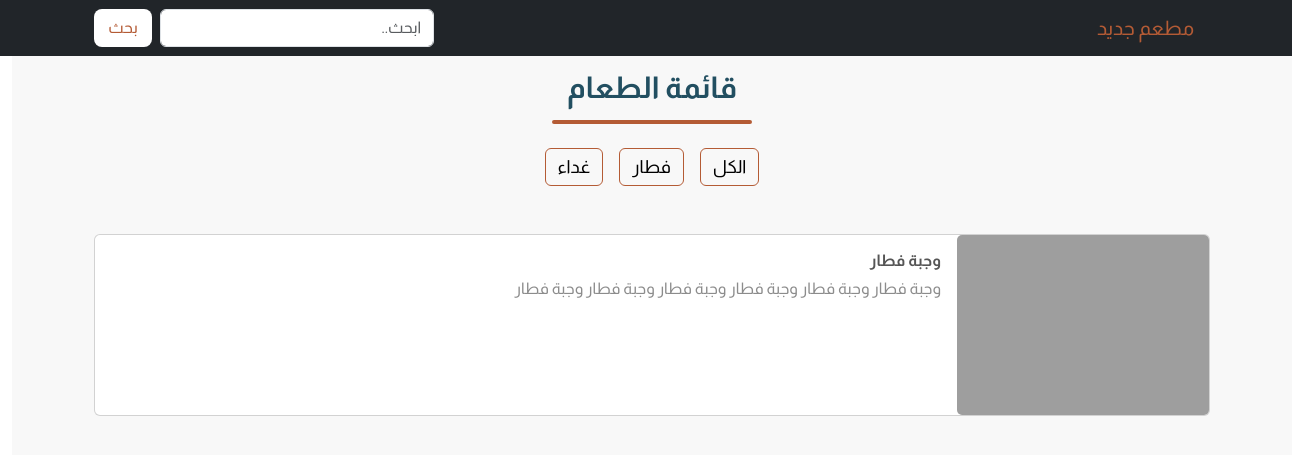
Repository: kerlos-alfy/Restaurant-Menu
Page: /
An editor plug-in stored every save of this project. The page is shown before and after the next save, followed by the edit.
The browser window is 1280 px wide. The page is 1292 px wide, so the pictures cover 1292 px, including what lies to the right of the window. The pictures show the whole page.
Pictures or frames that could not be fetched are drawn as grey boxes. Some web fonts or font styles are not loaded; a fallback is used. The project was rebuilt for these pictures with package versions that can differ from the ones it lists, and the page was loaded fresh each time. Also part of the build but not shown: vite.config.js, src/App.css.

Above is the page before, as saved 2024-12-20 01:30:07.

After the next save:
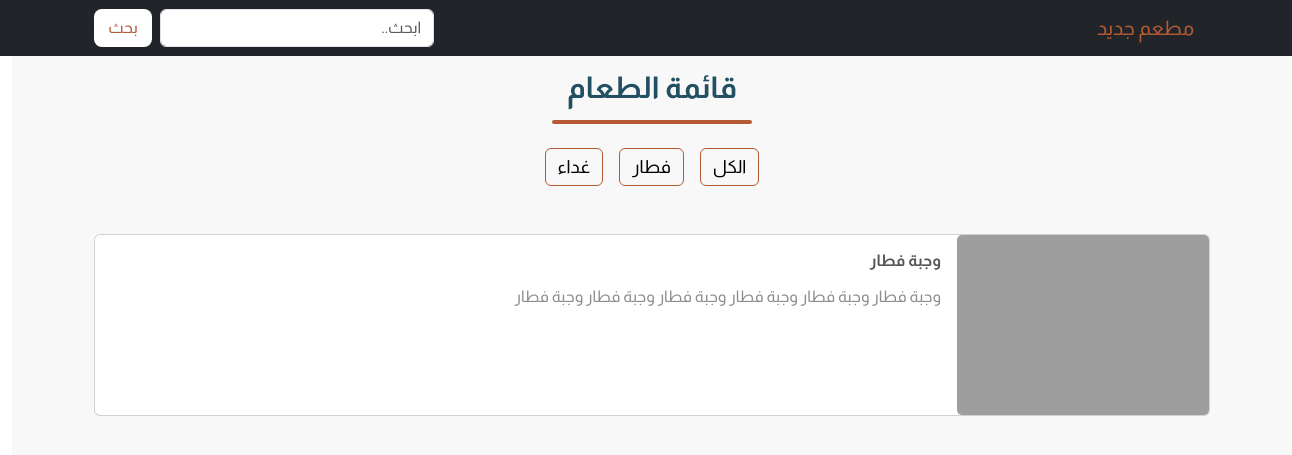
Saved 25 s later.
--- a/src/components/ItemsList.jsx
+++ b/src/components/ItemsList.jsx
@@ -10,7 +10,7 @@ const ItemsList = () => {
 						<Card.Title>
 							<div className="item-title">وجبة فطار</div>
 						</Card.Title>
-						<Card.Text>
+						<Card.Text className="py-2">
 							<div className="item-description">وجبة فطار وجبة فطار وجبة فطار وجبة فطار وجبة فطار وجبة فطار</div>
 						</Card.Text>
 					</Card.Body>
